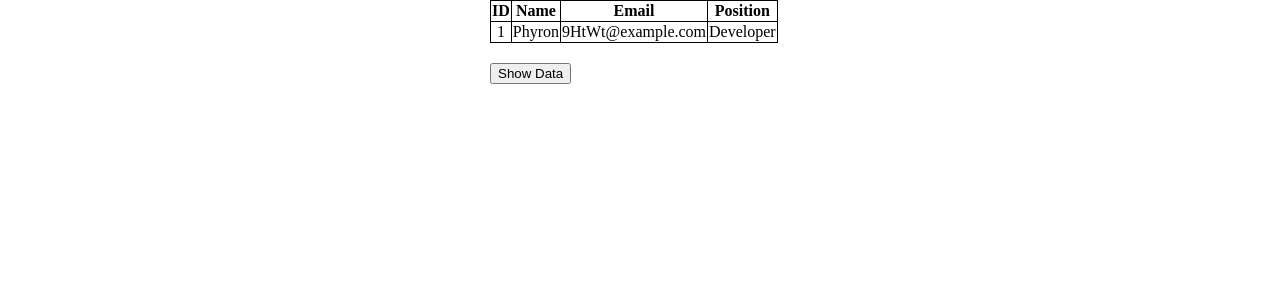
Repository: phyron-coder/NodeJS-1-
Page: index.html
These files come from the project's save history. The page is drawn as it stood at one moment and after the next save; the edit follows.
The browser window is 1280 px wide. The pictures show the whole page.

Above is the page before, as saved 2025-08-16 00:35:20.

### index.html
<!DOCTYPE html>
<html lang="en">

<head>
    <meta charset="UTF-8">
    <meta name="viewport" content="width=device-width, initial-scale=1.0">
    <title>Fetch API</title>
    <style>
        body {
            width: 300px;
            height: 600px;
            margin: 0 auto;
        }

        table,
        th,
        td {
            text-align: center;
            border: 1px solid black;
            border-collapse: collapse;
        }

        button {
            margin-top: 20px;
        }
    </style>
</head>

<body>
    <table id="table">
        <thead>
            <tr>
                <th>ID</th>
                <th>Name</th>
                <th>Email</th>
                <th>Position</th>
            </tr>
        </thead>
        <tbody>
            <tr>
                <td>1</td>
                <td>Phyron</td>
                <td>9HtWt@example.com</td>
                <td>Developer</td>
            </tr>
        </tbody>

    </table>
    <button>Show Data</button>
</body>
<script>
    const table = document.getElementById('table');
    const button = document.querySelector('button');
    button.addEventListener('click', () => {
        fetch('https://jsonplaceholder.typicode.com/users')
            .then(response => response.json())
            .then(data => {
                console.log(data);
                data.forEach(user => {
                    const row = document.createElement('tr');
                    row.innerHTML = `
                            <td>${user.id}</td>
                            <td>${user.name}</td>
                            <td>${user.email}</td>
                            <td>${user.position}</td>
                        `;
                    table.appendChild(row);
                })
            })
    })
</script>

</html>

After the next save:
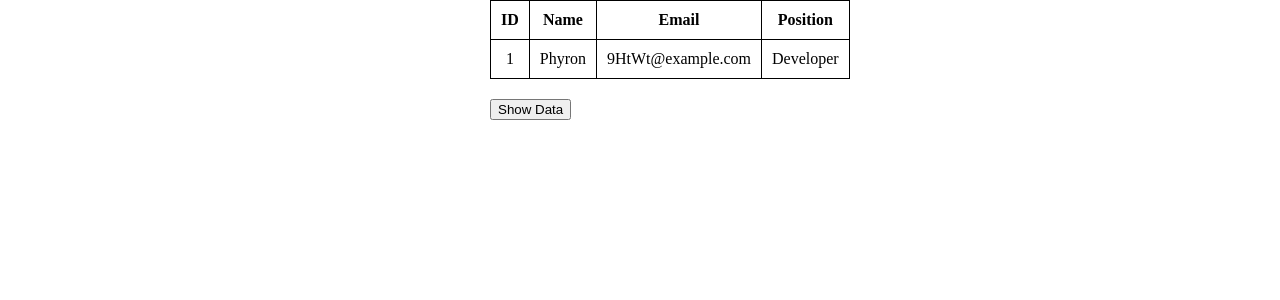
Saved 14 s later.
--- a/index.html
+++ b/index.html
@@ -15,9 +15,14 @@
         table,
         th,
         td {
+            padding: 10px;
             text-align: center;
             border: 1px solid black;
             border-collapse: collapse;
+        }
+
+        tr:nth-child(even) {
+            background-color: #f2f2f2;
         }
 
         button {
